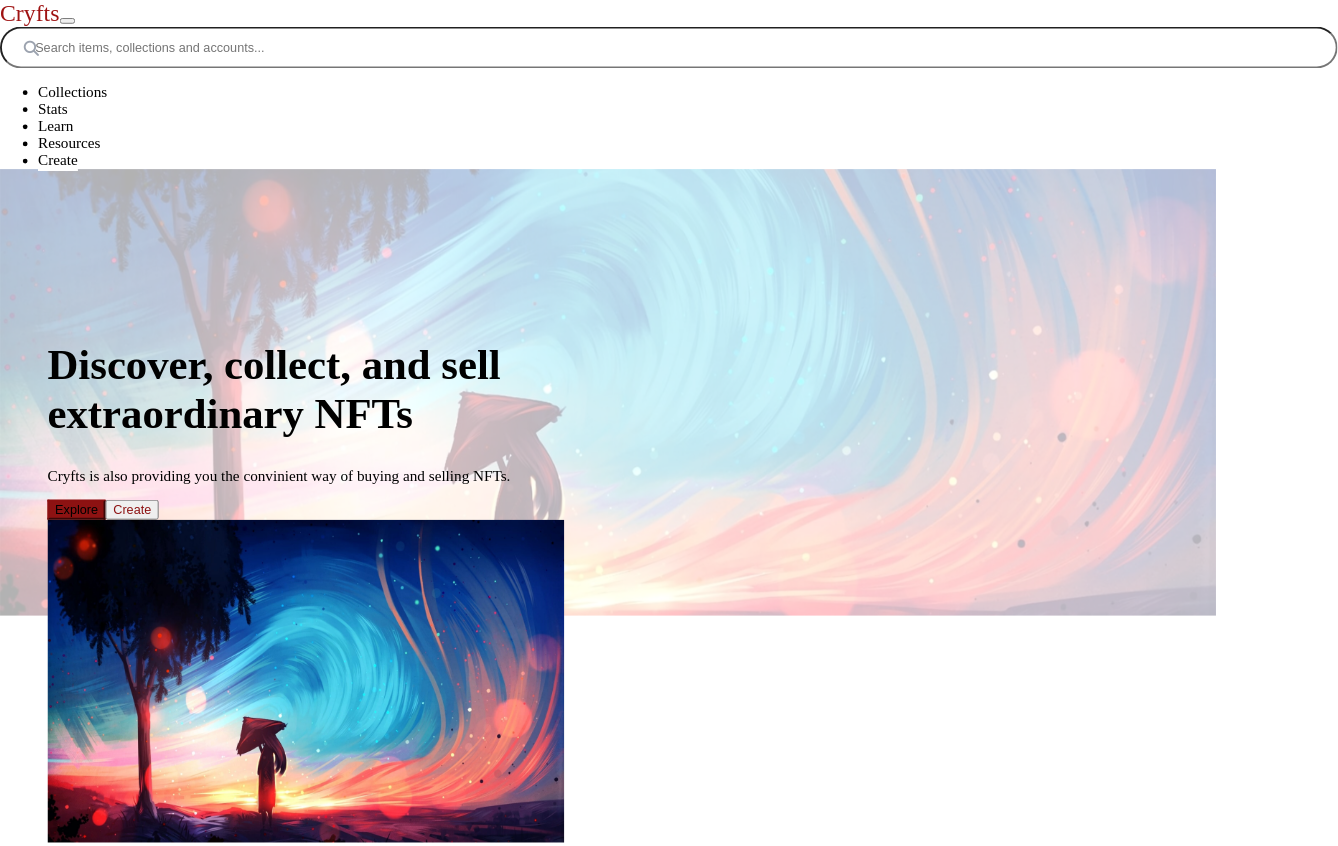
Repository: Huzaifa-2609/opensea_project
Page: /
The author's editor kept a copy of each file at every save. The page is drawn from the files as they stood at one save, then again after the next save.
The browser window is 1280 px wide. The page is 1408 px wide, so the pictures cover 1408 px, including what lies to the right of the window. The pictures show the whole page, at 95% of full size.
Some web libraries are served in a nearby version. The project was rebuilt for these pictures with package versions that can differ from the ones it lists, and the page was loaded fresh each time. The framework's server and built-in components were replaced by stand-ins that run in the browser. Also part of the build but not shown: next.config.js, styles/Home.module.css.

Above is the page before, as saved 2022-07-11 20:57:20.

After the next save:
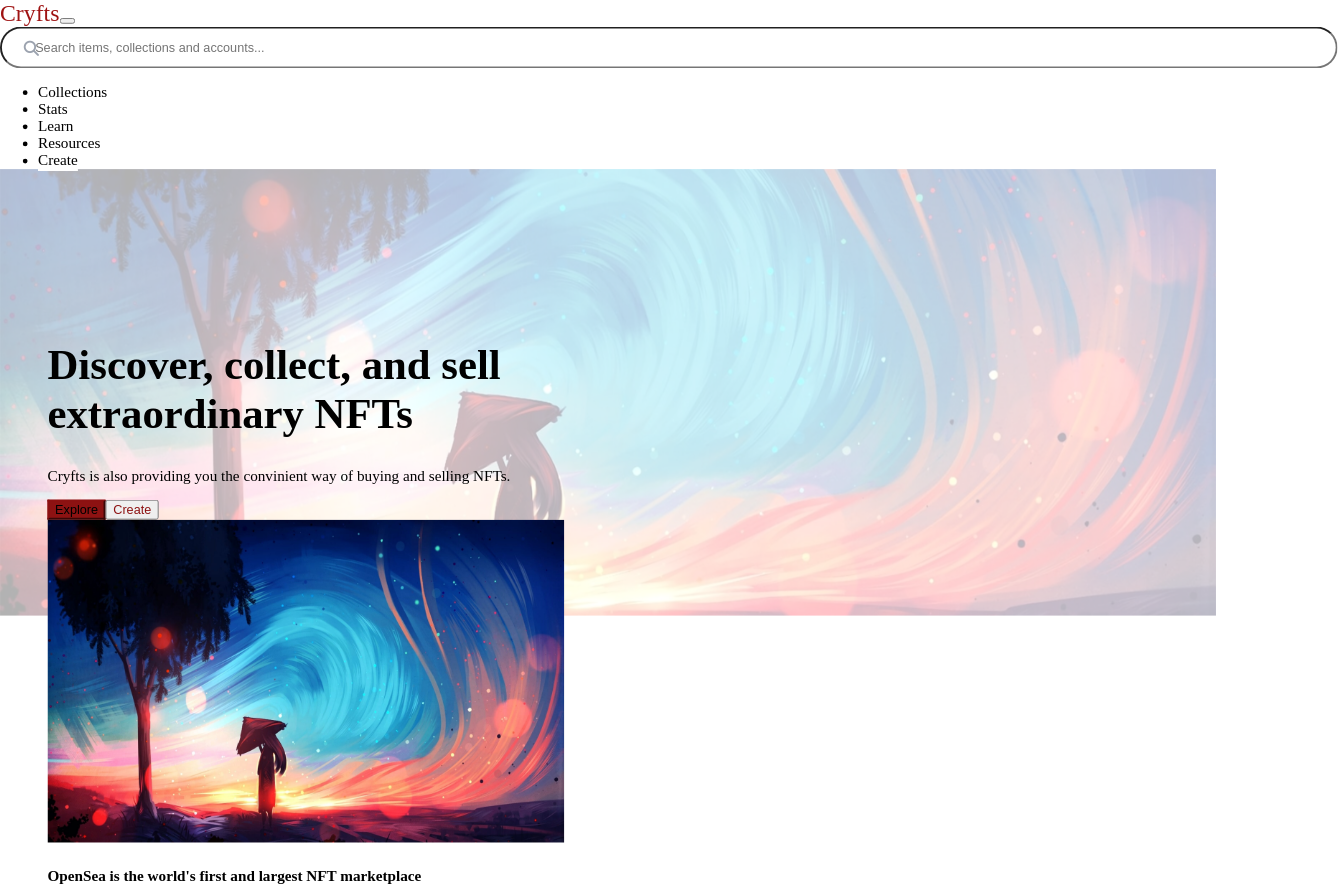
Saved 28 min 42 s later.
--- a/components/Hero.js
+++ b/components/Hero.js
@@ -42,12 +42,12 @@ const Hero = () => {
             alt="NFT image"
             style={{ height: "34rem" }}
           />
-          {/* <div className="card-body">
-            <h1 className="card-title">Discover, collect, and sell extraordinary NFTs</h1>
-            <h3 className="card-subtitle text-muted mt-3">
+          <div className="card-body">
+            {/* <h1 className="card-title">Discover, collect, and sell extraordinary NFTs</h1> */}
+            <h4 className="card-subtitle text-muted mt-3">
             OpenSea is the world's first and largest NFT marketplace
-            </h3>
-          </div> */}
+            </h4>
+          </div>
         </div>
       </div>
     </>
